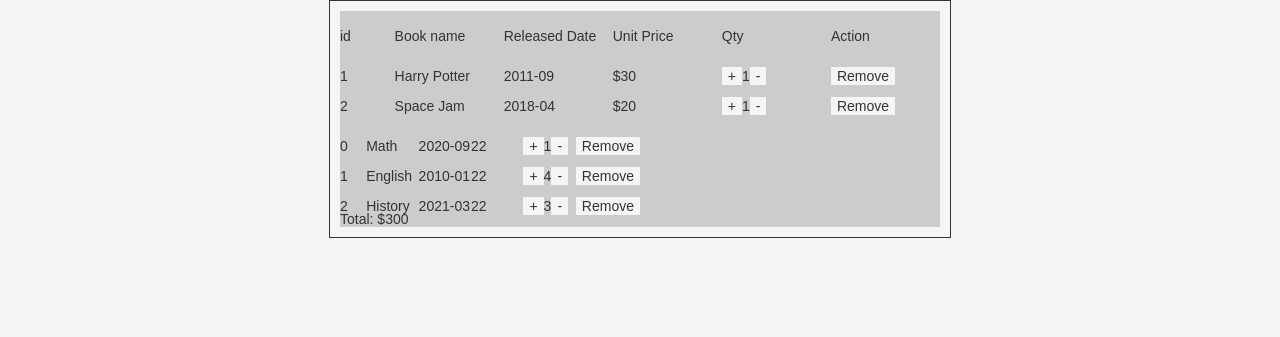
Repository: vgg1kkh/myBookStoreBasket
Page: /
These files come from the project's save history. The page is drawn as it stood at one moment and after the next save; the edit follows.
The browser window is 1280 px wide. The pictures show the whole page.
The project was rebuilt for these pictures with package versions that can differ from the ones it lists, and the page was loaded fresh each time.

Above is the page before, as saved 2021-10-07 08:13:33.

### public/index.html
<!DOCTYPE html>
<html lang="en">
  <head>
    <meta charset="utf-8" />
    <link rel="icon" href="%PUBLIC_URL%/favicon.ico" />
    <meta name="viewport" content="width=device-width, initial-scale=1" />
    <meta name="theme-color" content="#000000" />
    <meta
      name="description"
      content="Web site created using create-react-app"
    />
    <title>React App</title>
  </head>
  <body>
    <noscript>You need to enable JavaScript to run this app.</noscript>
    <div id="root"></div>

  </body>
</html>

### src/App.js
import { useState } from "react";
import "./App.css";
import "./reset.css";

function App() {
  const initialState = [
    { id: 3, name: "Math", date: "2020-09", price: 22, number: 1 },
    { id: 4, name: "English", date: "2010-01", price: 22, number: 4 },
    { id: 5, name: "History", date: "2021-03", price: 22, number: 3 },
  ];

  const [bookList, setBookList] = useState(initialState);

  const onAdd = (id) => {
    console.log(id);
  };

  const onReduce = (id) => {
    console.log(id);
  };

  const onDelete = (id) => {
    console.log(id);
    setBookList(bookList.filter((item) => item.id !== id))
  };
  return (
    <>
      <div className="box">
        <ul className="books-wrapper">
          <li className="item-wrapper">
            <li className="item-column">id</li>
            <li className="item-column">Book name</li>
            <li className="item-column">Released Date</li>
            <li className="item-column">Unit Price</li>
            <li className="item-column">Qty</li>
            <li className="item-column">Action</li>
          </li>
          <li className="item-wrapper">
            <li className="item-column">1</li>
            <li className="item-column">Harry Potter</li>
            <li className="item-column">2011-09</li>
            <li className="item-column">$30</li>
            <li className="item-column">
              <button>+</button>
              <span>1</span>
              <button>-</button>
            </li>
            <li className="item-column">
              <button>Remove</button>
            </li>
          </li>
          <li className="item-wrapper">
            <li className="item-column">2</li>
            <li className="item-column">Space Jam</li>
            <li className="item-column">2018-04</li>
            <li className="item-column">$20</li>
            <li className="item-column">
              <button>+</button>
              <span>1</span>
              <button>-</button>
            </li>
            <li className="item-column">
              <button>Remove</button>
            </li>
          </li>
          {bookList.map((item, index) => {
            return (
              <li className="item-wrapper" key={item.id}>
                <ul className="item-wrapper" key={item.id}>
                <li className="item-column">{index}</li>
                <li className="item-column">{item.name}</li>
                <li className="item-column">{item.date}</li>
                <li className="item-column">{item.price}</li>
                <li className="item-column">
                  <button onClick={() => onAdd(item.id)}>+</button>
                  <span>{item.number}</span>
                  <button onClick={() => onReduce(item.id)}>-</button>
                </li>
                <li className="item-column">
                  <button onClick={() => onDelete(item.id * 1)}>Remove</button>
                </li>
                </ul>
              </li>
            );
          })}
          <div>Total: $300</div>
        </ul>
      </div>
    </>
  );
}

export default App;

### src/App.css

.box {
    width: 600px;
    border: 1px solid #333;
    margin: auto;
    padding: 10px
}
.books-wrapper {
    width:100%;
    background-color: #ccc;
}
.item-wrapper {
    display: flex;
    width: 100%;
    height: 30px;
    line-height: 30px;
}

.books-wrapper .item-wrapper:first-child {
    height: 50px;
    line-height: 50px;
}

.item-column{
    flex: 1;
}

.item-wrapper .item-column:first-child {
    flex: 0.5;
}

.item-wrapper:first-child {
    flex: 0.5;
}

### src/reset.css



/* 样式的重置 */
body,
html,
h1,
h2,
h3,
h4,
h5,
h6,
ul,
ol,
li,
dl,
dt,
dd,
header,
menu,
section,
p,
input,
td,
th,
ins {
  padding: 0;
  margin: 0;
}

ul,
ol,
li {
  list-style: none;
}

a {
  text-decoration: none;
  color: #666;
}

a:hover {
  color: #666;
  text-decoration: underline;
}

i,
em {
  font-style: normal;
}

input,
textarea,
button,
select,
a {
  outline: none;
  border: none;
}

table {
  border-collapse: collapse;
  border-spacing: 0;
}

img {
  border: none;
  vertical-align: middle;
}

/* 全局样式 */
body,
textarea,
select,
input,
button {
  font-size: 14px;
  color: #333;
  font-family: Arial, Helvetica, sans-serif;
  background-color: #f5f5f5;
}

Loaded but not shown: src/index.js (common file); src/index.css (common file)

After the next save:
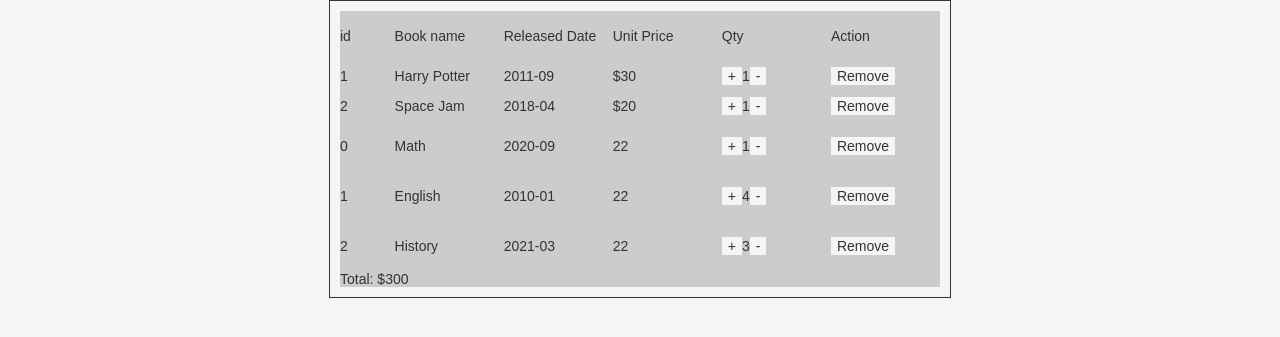
Saved 6 s later.
--- a/src/App.js
+++ b/src/App.js
@@ -65,7 +65,7 @@ function App() {
           </li>
           {bookList.map((item, index) => {
             return (
-              <li className="item-wrapper" key={item.id}>
+              <li className="item-wrapper-box" key={item.id}>
                 <ul className="item-wrapper" key={item.id}>
                 <li className="item-column">{index}</li>
                 <li className="item-column">{item.name}</li>
